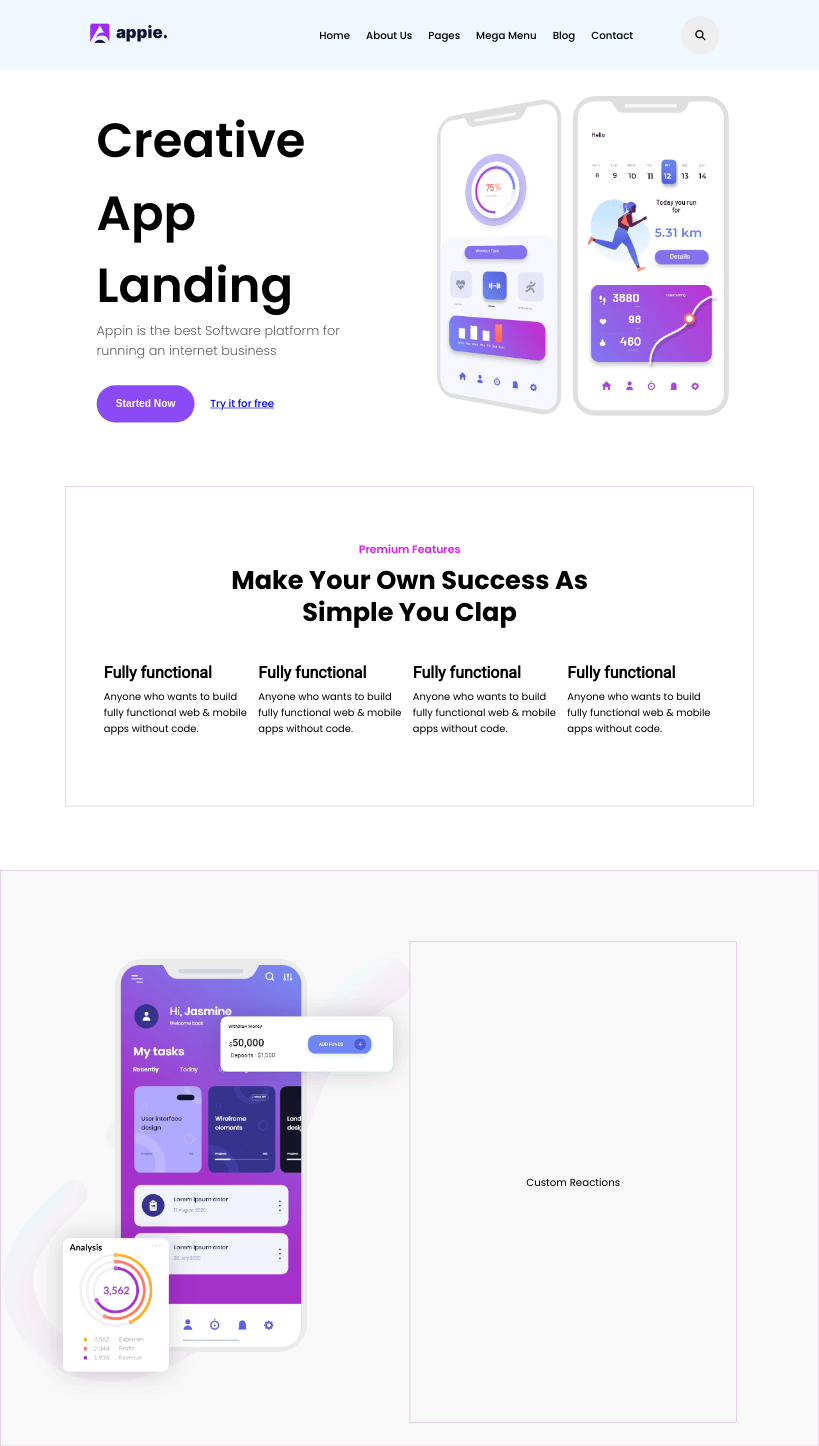
Repository: northpx/landingpage
Page: index.html
The author's editor kept a copy of each file at every save. The page is drawn from the files as they stood at one save, then again after a run of saves.
The browser window is 1280 px wide. The pictures show the whole page, at 64% of full size.

Above is the page before, as saved 2022-12-28 15:36:31.

### index.html
<!DOCTYPE html>
<html lang="en">
<head>
    <meta charset="UTF-8">
    <meta http-equiv="X-UA-Compatible" content="IE=edge">
    <meta name="viewport" content="width=device-width, initial-scale=1.0">
    <link rel="stylesheet" href="/src/css/style.css">
    <link rel="stylesheet" href="https://cdnjs.cloudflare.com/ajax/libs/font-awesome/6.2.1/css/all.min.css" integrity="sha512-MV7K8+y+gLIBoVD59lQIYicR65iaqukzvf/nwasF0nqhPay5w/9lJmVM2hMDcnK1OnMGCdVK+iQrJ7lzPJQd1w==" crossorigin="anonymous" referrerpolicy="no-referrer" />
    <title>Document</title>

</head>
<body>
    <div class="container">
        <div class="navbar">
            <div class="logo">
                <div class="logo-img">
                    <img src="image/purple-logo.png" alt="">
                </div>
            </div>
            <div class="menu">
                <div class="menu-list">
                    <ul class="menu-item">
                        <li class="item">Home</li>
                        <li class="item">About Us</li>
                        <li class="item">Pages</li>
                        <li class="item">Mega Menu</li>
                        <li class="item">Blog</li>
                        <li class="item">Contact</li>
                    </ul>
                </div>
                <i class="fa-solid fa-bars"></i>
                <div class="search">
                    <div class="box-search">
                        <i class="fa-solid fa-magnifying-glass"></i>
                    </div>
                </div>
            </div>

        </div>
        <div class="header">
            <div class="header1">
                <div class="content">
                    <div class="header1_content">
                        <h1>Creative <br>App Landing</h1>
                        <h6>Appin is the best Software platform for running an internet business</h6>
                    </div>
                    <button class="btn_start">
                        Started Now
                    </button>
                    <a href="#">Try it for free</a>
                </div>
            </div>
            <div class="header2">
                <div class="header2_image">
                    <img src="image/home1-app-screen.png" alt="">
                </div>
            </div>
        </div>
        <div class="section2">
            <div class="section2_box">
                <div class="section2_title">
                    <p>Premium Features</p>
                    <h2>Make Your Own Success As <br>Simple You Clap</h2>
                </div>
                <div class="section2_content">
                    <div class="section2_content_body">
                        <div class="content1">
                            <div class="content_title">
                                <h2>Fully functional</h2>
                                <p>Anyone who wants to build fully functional web & mobile apps without code.</p>
                            </div>
                        </div>
                        <div class="content1">
                            <div class="content_title">
                                <h2>Fully functional</h2>
                                <p>Anyone who wants to build fully functional web & mobile apps without code.</p>
                            </div>
                        </div>
                        <div class="content1">
                            <div class="content_title">
                                <h2>Fully functional</h2>
                                <p>Anyone who wants to build fully functional web & mobile apps without code.</p>
                            </div>
                        </div>
                        <div class="content1">
                            <div class="content_title">
                                <h2>Fully functional</h2>
                                <p>Anyone who wants to build fully functional web & mobile apps without code.</p>
                            </div>
                        </div>
                    </div>
                </div>
            </div>
        </div>
        <div class="section3_container">
            <div class="section3">
                <div class="section3_img">
                    <div class="image">
                        <img src="image/Screen-1-1.png" alt="">
                    </div>
                </div>
                <div class="section3_content">
                    <div class="content3">
                        <p>Custom Reactions</p>
                    </div>
                </div>
            </div>
        </div>
    </div>

</html>

### src/css/style.css
@import url('https://fonts.googleapis.com/css2?family=Poppins:ital,wght@0,200;0,300;0,400;0,500;0,600;0,700;0,800;0,900;1,200;1,300;1,400;1,500;1,600;1,700;1,800;1,900&family=Roboto&display=swap');
@import url(https://fonts.googleapis.com/css?family=Open+Sans:300,400,700);
*{
    padding: 0;
    margin: 0;
    box-sizing: border-box;
}
body{
    font-family: 'Poppins';
}
.container{
    width: 100%;
    height: 1000px;
    /* overflow: auto; */
}

.navbar{
    display: flex;
    width: 100%;
    height: 110px;
    align-items: center;
    margin: 0 auto;
    padding: 0 11%;
    position: sticky;
    top: 0;
    z-index: 5;
    background-color: aliceblue;
}


.menu{
    display: flex;
    margin-left: auto;
    align-items: center;
}

.menu .menu-item{
    display: flex;
    list-style-type: none;
}

.item{
    margin-right: 25px;
    font-weight: 500;
}

.search{
    margin-left: 50px;
    margin-right: 5px;
    align-items: center;
}
.box-search{
    width: 60px;
    height: 60px;
    background: #efeeee;
    color: rgb(4, 4, 4);
    display: inline-flex;
    align-items: center;
    justify-content: center;
    border-radius: 50%;
    margin-right: 10px;
}

.fa-solid.fa-bars{
    display: none;
}

.header{
    width: 78%;
    height: 550px;
    margin: 0 auto;
}

.header1{
    float: left;
    width: 50%;
    height: 550px;
    position: relative;
}
.header2{
    float: left;
    width: 50%;
    height: 550px;
    position: relative;
}
.header::after{
    content: "";
    display: table;
    clear: both;
}

.content{
    position: absolute;
    width: 90%;
    bottom: 0;
    left: 0;
    padding-left: 10px;
}
.header2_image{
    position: absolute;
    right: 0;
    bottom: 0;
}

.btn_start{
    border-radius: 30px;
    padding: 20px 30px;
    font-size: 16px;
    font-weight: 600;
    color: white;
    margin-right: 20px;
    border: none;
    outline: none;
    background-color: rgb(140, 74, 246);
}

a{
    font-size: 16px;
    font-weight: 500;
}

.header1_content{
    margin-bottom: 40px;
}
h1{
    font-size: 75px;
    font-weight: 600;
}

h6{
    font-weight: 300;
    font-size: 20px;
    color: rgb(97, 97, 97);
}

.section2{
    width: 84%;
    height: 500px;
    display: flex;
    flex-direction: column;
    border: 1px solid thistle;
    margin: 100px auto;
    /* margin-top: 100px; */
    align-items: center;
    justify-content: center;
}
.section2_title{
    text-align: center;
}
.section2_title h2{
    font-size: 40px;
    line-height: 50px;
}
.section2_title p{
    font-size: 17px;
    font-weight: 600;
    color: rgb(226, 24, 249);
    margin-bottom: 10px;
}
.section2_box{
    display: flex;
    flex-direction: column;
    margin-bottom: 20px;
    align-items: center;
    justify-content: center;
}

.section2_content{
    width: 100%;
    margin-top: 50px;
}
.section2_content_body{
    width: 90%;
    display: flex;
    margin: 0 auto;
}
.content1{
    width: 25%;
    padding: 5px;
}

.content_title h2{
    font-family: 'Roboto';
    font-weight: bold;
    font-size: 25px;
    margin-bottom: 10px;
}
.content_title p {
    line-height: 25px;
    font-size: 15.5px;
}

.section3_container{
    width: 100%;
    height: 900px;
    border: 1px solid thistle;
    background-color: rgb(248, 248, 248);
    padding: 110px 0px 70px;
}

.section3{
    width: 80%;
    display: flex;
    margin: 0 auto;
}

.section3_img{
    width: 50%;
    align-items: center;
    display: flex;
    flex-wrap: wrap;
    justify-content: center;
    line-height: 30px;
    padding: 10px;
}
.image{
    margin-left: -100px;
}
.section3_img img{
    display: inline-block;
    text-align: left;
}

.section3_content{
    display: flex;
    flex-wrap: wrap;
    align-items: center;
    justify-content: center;
    width: 50%;
    border: 1px solid thistle;
    padding: 10px;
}

After the next 2 saves:
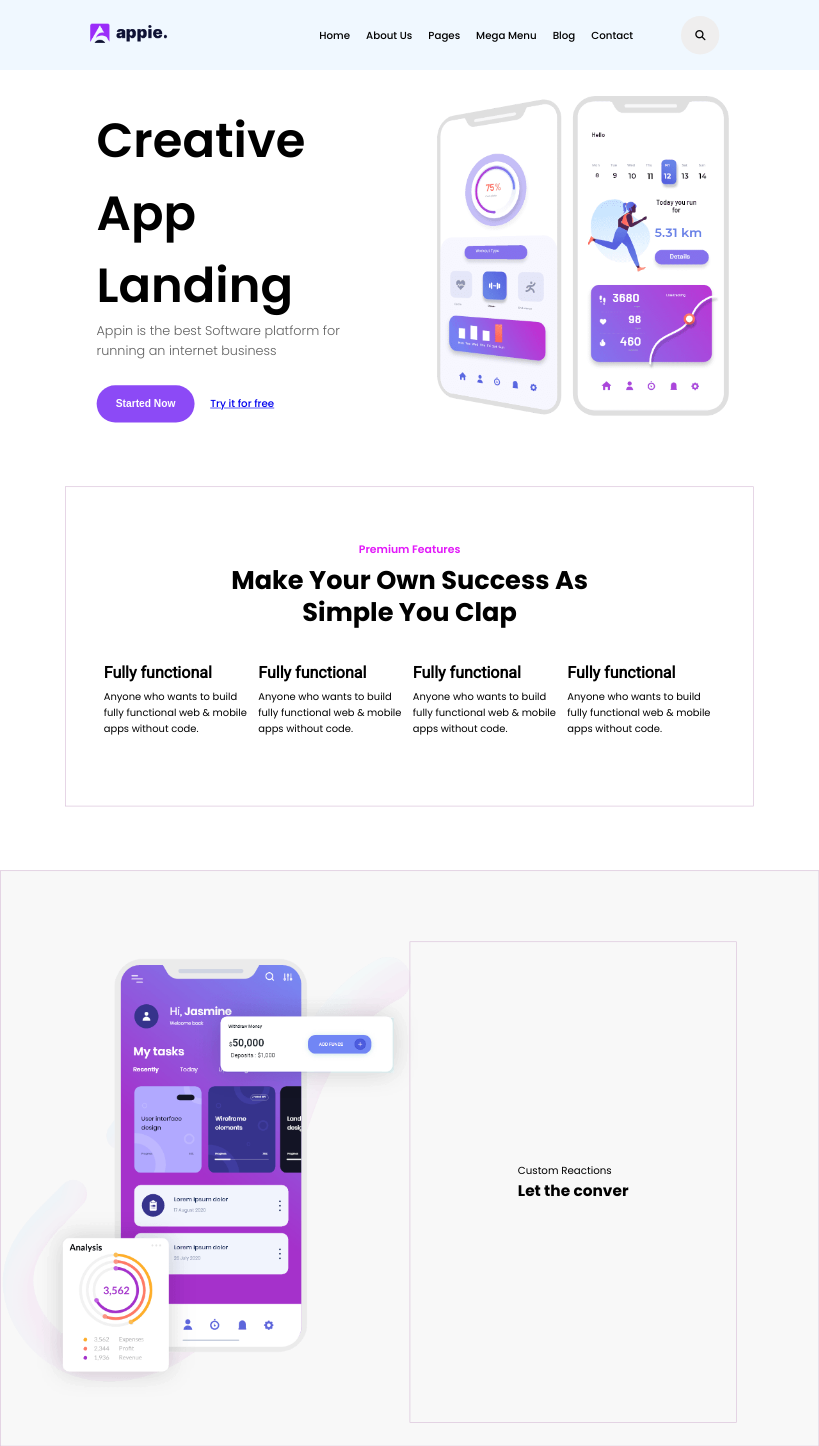
The 2 saves are shown as one change because they came seconds apart.
The last was saved 16 s later.
--- a/index.html
+++ b/index.html
@@ -102,6 +102,7 @@
                 <div class="section3_content">
                     <div class="content3">
                         <p>Custom Reactions</p>
+                        <h2>Let the conver</h2>
                     </div>
                 </div>
             </div>
